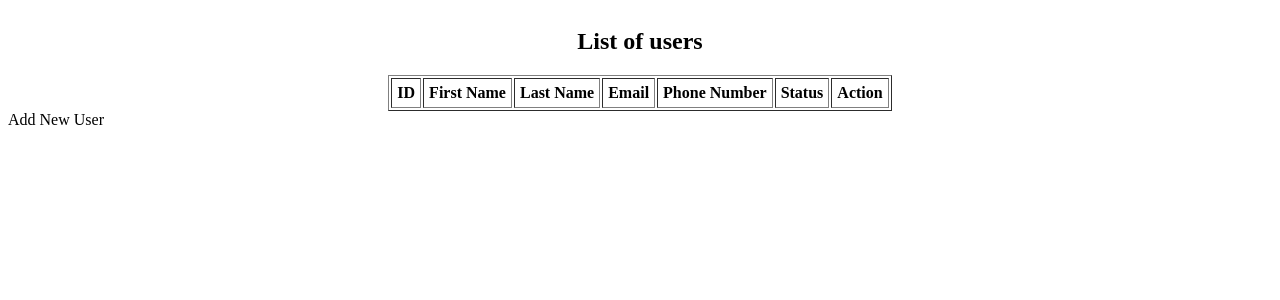
Repository: aniketaag/Test-Application
Page: http://localhost/evolent/WEB-INF/views/user_list.jsp
These files come from the project's save history. The page is drawn as it stood at one moment and after the next save; the edit follows.
The browser window is 1280 px wide. The pictures show the whole page.
The page is served by Tomcat 9. Nobody is signed in. The template is opened directly, without the code that normally fills it, so the values that code supplies are empty.

Above is the page before, as saved 2020-01-18 15:43:38.

After the next save:
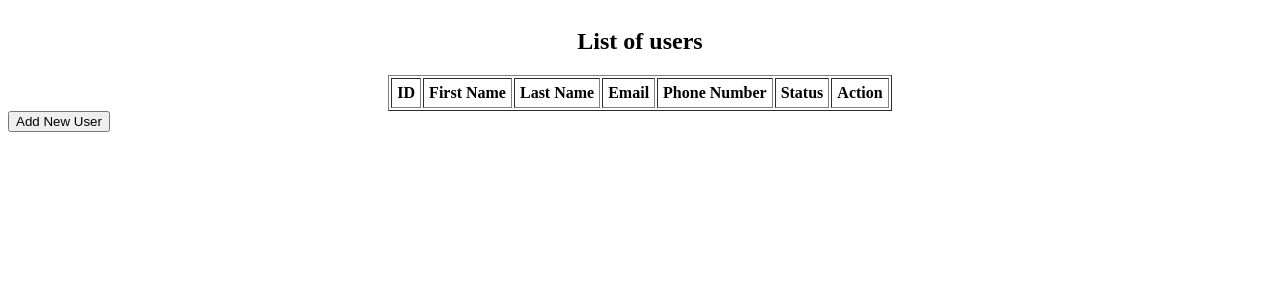
Saved 2 s later.
--- a/evolent/src/main/webapp/WEB-INF/views/user_list.jsp
+++ b/evolent/src/main/webapp/WEB-INF/views/user_list.jsp
@@ -35,6 +35,6 @@
 			</c:forEach>
 		</table>
 	</div>
-	<div>Add New User</div>
+	<div><button>Add New User</button></div>
 </body>
 </html>
